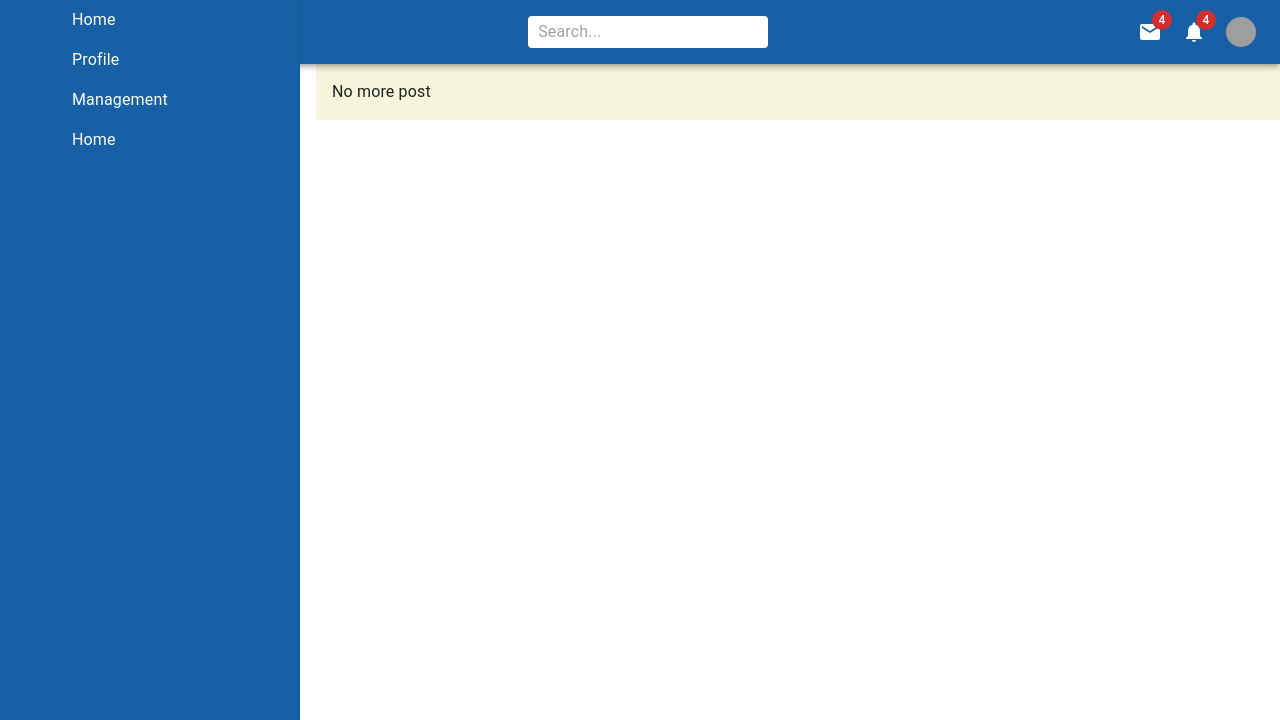
Repository: TrangPhuongLam07/exchangebookfrontend
Page: /
The author's editor kept a copy of each file at every save. The page is drawn from the files as they stood at one save, then again after the next save.
The browser window is 1280 px wide. The pictures show the whole page.
Pictures or frames that could not be fetched are drawn as grey boxes. The page's requests for data from a server got no answer. The project was rebuilt for these pictures with package versions that can differ from the ones it lists, and the page was loaded fresh each time. Some packages were replaced by stand-ins written for this rebuild. No one was signed in, and anything a server would have sent is missing. Also part of the build but not shown: craco.config.js, src/components/post/index.js. Imported but missing from the stored project, and not drawn on this page: src/pages/management/add-post, src/pages/management/update-post.

Above is the page before, as saved 2023-08-01 17:39:45.

After the next save:
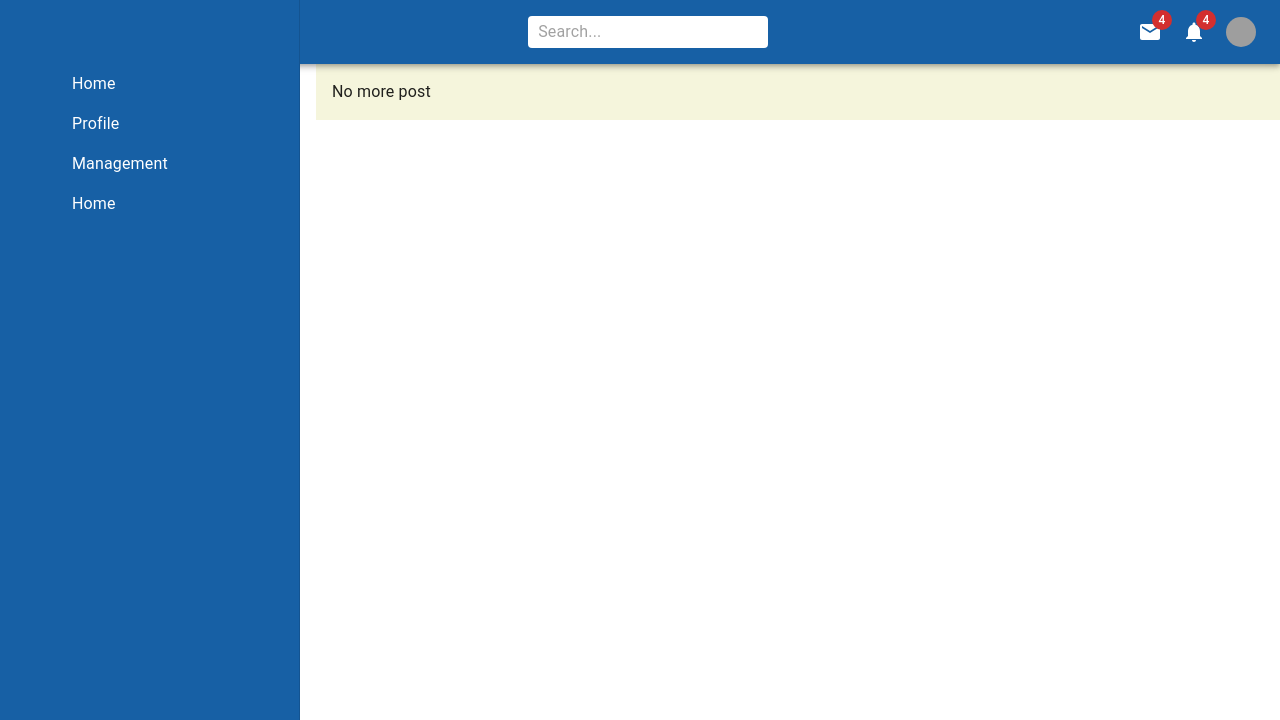
Saved 7 min 28 s later.
--- a/src/components/sidebar/index.js
+++ b/src/components/sidebar/index.js
@@ -9,6 +9,8 @@ import {
   styled,
   Drawer,
   ListItemButton,
+  Toolbar,
+  Stack,
 } from "@mui/material";
 import { Link } from "react-router-dom";
 import theme from "~/config/theme";
@@ -87,6 +89,9 @@ const Sidebar = () => {
       }}
     >
       <List disablePadding>
+        <Toolbar />
+        <Stack sx={{ width: "100%", justifyContent: "center" }}></Stack>
+
         <ListItemButton>
           <ListItemIcon></ListItemIcon>
           Home
